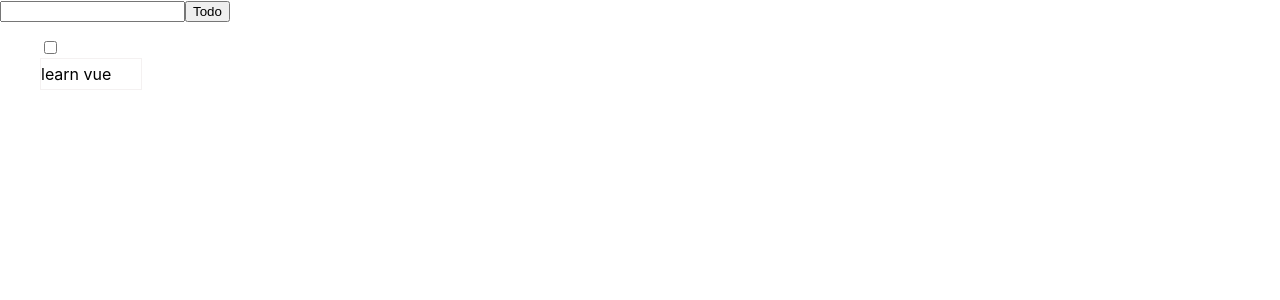
Repository: yurensmile/todolist
Page: /
The author's editor kept a copy of each file at every save. The page is drawn from the files as they stood at one save, then again after the next save.
The browser window is 1280 px wide. The pictures show the whole page.
The project was rebuilt for these pictures with package versions that can differ from the ones it lists, and the page was loaded fresh each time.

Above is the page before, as saved 2019-03-18 15:11:35.

### src/App.js
import React, { Component } from 'react';
import './App.css';

class App extends Component {

  constructor(){
    super();
    this.state={
      inputValue: '',
      todos: ["learn vue"]
    };
  }

  handleOnClick(){
    this.setState(state =>{
      // if(state.inputValue != ""){
      const todos = state.todos.concat(state.inputValue);

      return {
        todos,
        inputValue: ""
      }
    })
  }
  updateInputValue(e){
    this.setState({
      inputValue: e.target.value
    })
  }

  render() {
    return (
      <div className="App">
        <input type="text" name="todo" value={this.state.inputValue} onChange={this.updateInputValue.bind(this)}/>
        <button onClick={this.handleOnClick.bind(this)}>Todo</button>
        <ul>
          {this.state.todos.map((item)=>{
            return (
              <div>
                <input class="toggle" type="checkbox"/>
                <li key={item.id}>{item}</li>
              </div>
            )
          })}
        </ul>
      </div>
    );
  }
}

export default App;

### src/App.css
/* .App {
  text-align: center;
} */
ul{
  list-style-type: none;
}
li{
  width: 100px;
  height: 40px;
  border: 1px solid rgba(143, 121, 121, 0.1);
  line-height: 30px;
  height: 30px;
  margin-bottom: 4px;
  box-shadow: 2px 2px 1px rgba(218, 196, 196),
}

.toggle{
  display: inline-block;
}
.App-link {
  color: #61dafb;
}

Loaded but not shown: public/index.html (common file); src/index.js (common file); src/index.css (common file); src/serviceWorker.js (common file)

After the next save:
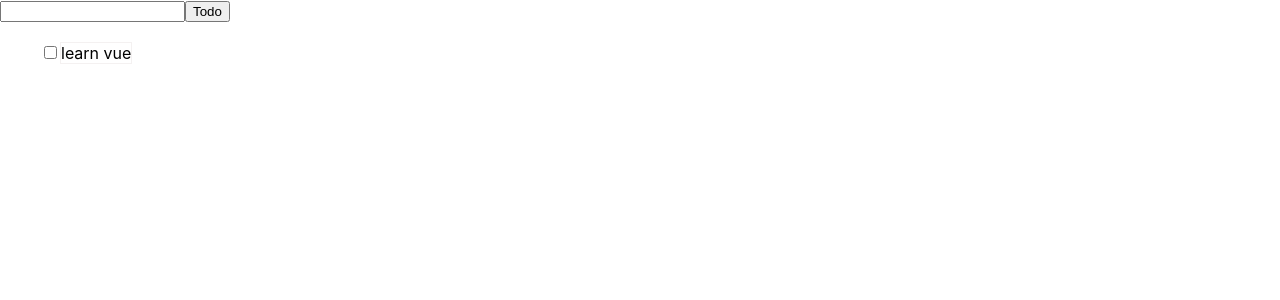
Saved 25 s later.
--- a/src/App.css
+++ b/src/App.css
@@ -5,6 +5,7 @@ ul{
   list-style-type: none;
 }
 li{
+  display: inline;
   width: 100px;
   height: 40px;
   border: 1px solid rgba(143, 121, 121, 0.1);
